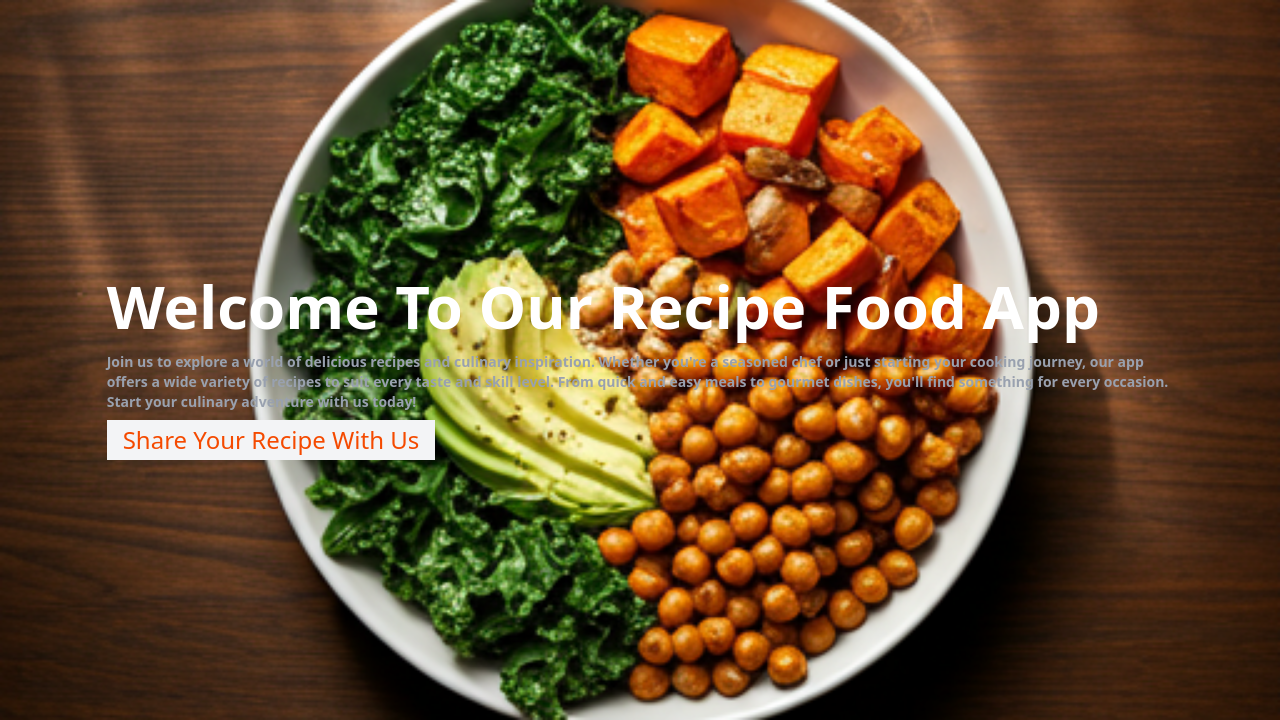
Repository: Eslam0Mohamed/mern-recipe-app
Page: / (app in FrontEnd/)
These files come from the project's save history. The page is drawn as it stood at one moment and after the next save; the edit follows.
The browser window is 1280 px wide. The pictures show the whole page.
The project was rebuilt for these pictures with package versions that can differ from the ones it lists, and the page was loaded fresh each time. Also part of the build but not shown: FrontEnd/vite.config.js.

Above is the page before, as saved 2026-05-07 18:15:55.

### FrontEnd/src/index.css
@import "tailwindcss";
  .container{
    @apply mx-auto w-10/12
}
@theme{
  --color-tertiary:"#F9F7F2"
}

### FrontEnd/src/App.jsx
import React from 'react'
import Home from './pages/Home'
import { createBrowserRouter } from 'react-router-dom'

const App = () => {
  const router = createBrowserRouter([
    { path: '/', element: <Home />  },
    // { path: '/', element: <Contact />  },
    // { path: '/', element: <Home />  }
  ])
  return (
    <main>
      <Home />
    </main>
  )
}

export default App

### FrontEnd/src/pages/Home.jsx
import React from 'react'
import backgroundImage from "../assets/bg_2.png"
function Home() {
  return (
    <section style={{backgroundImage:`url(${backgroundImage})`,}} className={`bg-cover bg-tertiary h-screen bg-center flex items-center justify-center`}>
      <div className='left container' >
        <h1 className='text-white text-6xl font-semibold my-4'>Welcome To Our Recipe Food App</h1>
        <p className='text-md text-gray-400 font-semibold text-sm my-2'> Join us to explore a world of delicious recipes and culinary inspiration. Whether you're a seasoned chef or just starting your cooking journey, our app offers a wide variety of recipes to suit every taste and skill level. From quick and easy meals to gourmet dishes, you'll find something for every occasion. Start your culinary adventure with us today!</p>
      <button className='outline-none px-4 py-1  text-2xl bg-gray-100 text-orange-600 '>Share Your Recipe With Us</button>
      </div>
      {/* <div className='right'>
        <img src={""} alt="share your recipe" />
      </div> */}
      <div></div>
    </section>
  )
}

export default Home

Loaded but not shown: FrontEnd/src/main.jsx (common file)

After the next save:
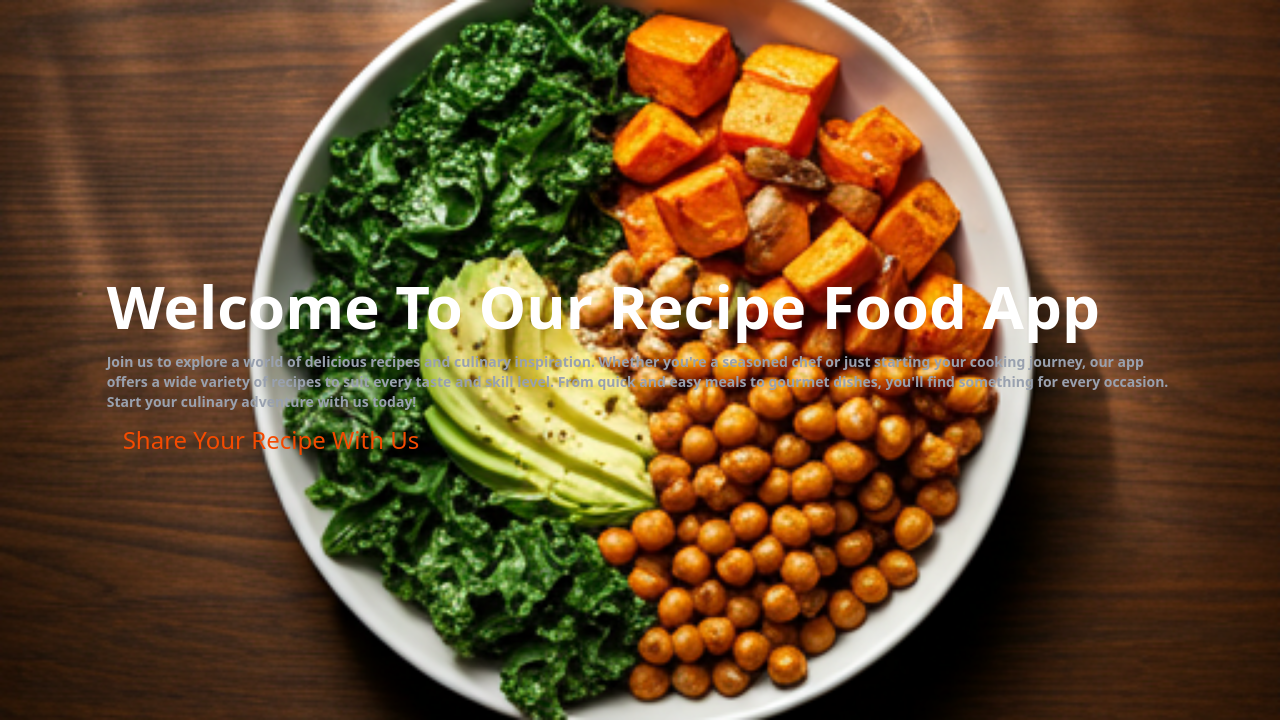
Saved 8 s later.
--- a/FrontEnd/src/pages/Home.jsx
+++ b/FrontEnd/src/pages/Home.jsx
@@ -6,7 +6,7 @@ function Home() {
       <div className='left container' >
         <h1 className='text-white text-6xl font-semibold my-4'>Welcome To Our Recipe Food App</h1>
         <p className='text-md text-gray-400 font-semibold text-sm my-2'> Join us to explore a world of delicious recipes and culinary inspiration. Whether you're a seasoned chef or just starting your cooking journey, our app offers a wide variety of recipes to suit every taste and skill level. From quick and easy meals to gourmet dishes, you'll find something for every occasion. Start your culinary adventure with us today!</p>
-      <button className='outline-none px-4 py-1  text-2xl bg-gray-100 text-orange-600 '>Share Your Recipe With Us</button>
+      <button className='outline-none px-4 py-1  text-2xl  text-orange-600 '>Share Your Recipe With Us</button>
       </div>
       {/* <div className='right'>
         <img src={""} alt="share your recipe" />
